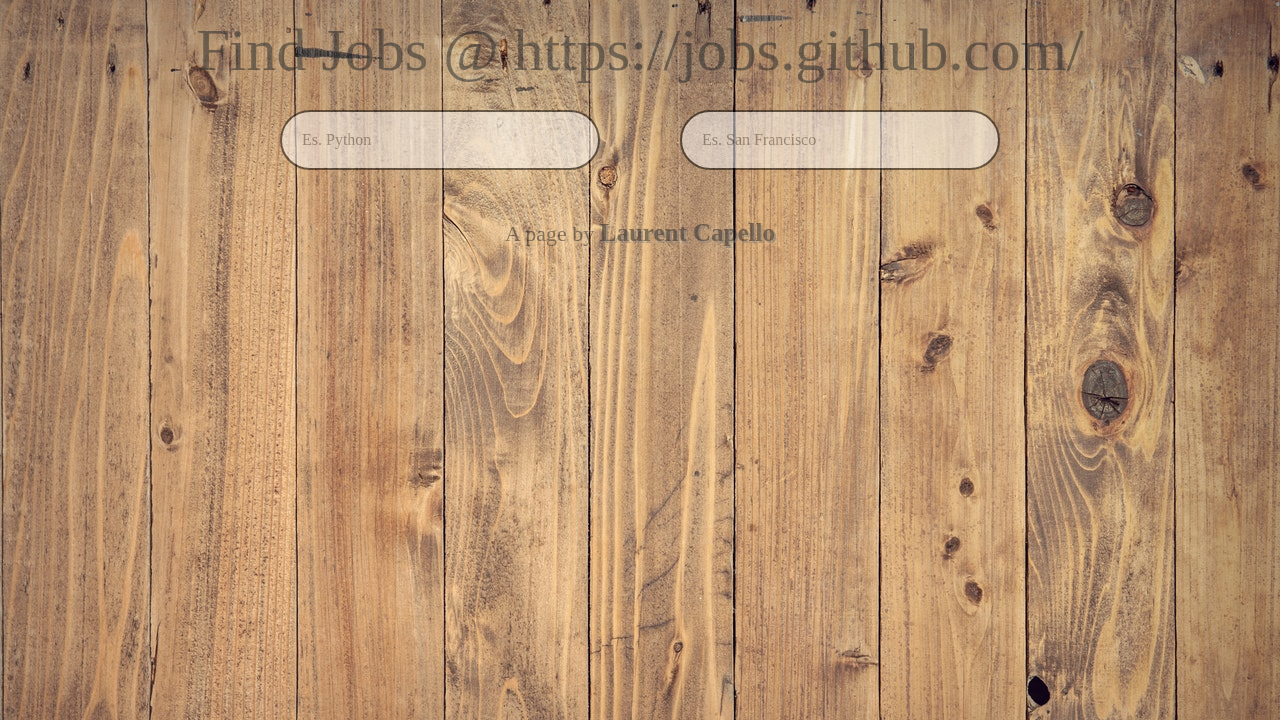
Repository: sokafootball/job-finder
Page: /
The author's editor kept a copy of each file at every save. The page is drawn from the files as they stood at one save, then again after the next save.
The browser window is 1280 px wide. The pictures show the whole page.
The page's requests for data from a server got no answer. The project was rebuilt for these pictures with package versions that can differ from the ones it lists, and the page was loaded fresh each time. No one was signed in, and anything a server would have sent is missing. Also part of the build but not shown: src/components/JobCard/JobCard.css, src/components/JobCard/JobCard.js.

Above is the page before, as saved 2020-10-22 17:25:07.

### src/index.js
import 'bootstrap/dist/css/bootstrap.css';
import React from 'react';
import ReactDOM from 'react-dom';
import './index.css';
import App from './components/App/App';
import * as serviceWorker from './serviceWorker';

ReactDOM.render(
  <React.StrictMode>
    <App />
  </React.StrictMode>,
  document.getElementById('root')
);

// If you want your app to work offline and load faster, you can change
// unregister() to register() below. Note this comes with some pitfalls.
// Learn more about service workers: https://bit.ly/CRA-PWA
serviceWorker.unregister();

### src/index.css
body {
  margin: 0;
  font-family: -apple-system, BlinkMacSystemFont, 'Segoe UI', 'Roboto', 'Oxygen',
    'Ubuntu', 'Cantarell', 'Fira Sans', 'Droid Sans', 'Helvetica Neue',
    sans-serif;
  -webkit-font-smoothing: antialiased;
  -moz-osx-font-smoothing: grayscale;
}

code {
  font-family: source-code-pro, Menlo, Monaco, Consolas, 'Courier New',
    monospace;
}

/* http://meyerweb.com/eric/tools/css/reset/
   v2.0 | 20110126
   License: none (public domain)
*/

html, body, div, span, applet, object, iframe,
h1, h2, h3, h4, h5, h6, p, blockquote, pre,
a, abbr, acronym, address, big, cite, code,
del, dfn, em, img, ins, kbd, q, s, samp,
small, strike, strong, sub, sup, tt, var,
b, u, i, center,
dl, dt, dd, ol, ul, li,
fieldset, form, label, legend,
table, caption, tbody, tfoot, thead, tr, th, td,
article, aside, canvas, details, embed,
figure, figcaption, footer, header, hgroup,
menu, nav, output, ruby, section, summary,
time, mark, audio, video {
	margin: 0;
	padding: 0;
	border: 0;
	font-size: 100%;
	font: inherit;
	vertical-align: baseline;
}
/* HTML5 display-role reset for older browsers */
article, aside, details, figcaption, figure,
footer, header, hgroup, menu, nav, section {
	display: block;
}
body {
	line-height: 1;
}
ol, ul {
	list-style: none;
}
blockquote, q {
	quotes: none;
}
blockquote:before, blockquote:after,
q:before, q:after {
	content: '';
	content: none;
}
table {
	border-collapse: collapse;
	border-spacing: 0;
}

### src/components/App/App.js
import React from 'react';
import './App.css';
import Footer from "../Footer/Footer"
import Header from "../Header/Header"
import MainContent from "../MainContent/MainContent"

function App() {
  return (
    <div id="main-div">
      <Header />
      <MainContent />
      <Footer />
    </div>
  );
}

export default App;

### src/components/App/App.css
body{
  background-image: url("../../background.jpg");
  opacity: 0.5;
}

.App {
  text-align: center;
}

.App-logo {
  height: 40vmin;
  pointer-events: none;
}

@media (prefers-reduced-motion: no-preference) {
  .App-logo {
    animation: App-logo-spin infinite 20s linear;
  }
}

.App-header {
  background-color: #282c34;
  min-height: 100vh;
  display: flex;
  flex-direction: column;
  align-items: center;
  justify-content: center;
  font-size: calc(10px + 2vmin);
  color: white;
}

.App-link {
  color: #61dafb;
}

@keyframes App-logo-spin {
  from {
    transform: rotate(0deg);
  }
  to {
    transform: rotate(360deg);
  }
}

#main-div{
  align-items: center;
  display: flex;
  flex-direction: column;
  margin-top: 20px;
}

### src/components/Footer/Footer.js
import React from 'react';
import './Footer.css';

function Footer(){
  return (
    <p id="footer">A page by <span id="signature">Laurent Capello</span></p>
  )
}

export default Footer

### src/components/Header/Header.js
import React from 'react';
import './Header.css';

function Header(){
  return (
      <p id="title">Find Jobs @ https://jobs.github.com/</p>
  )
}

export default Header

### src/components/MainContent/MainContent.js
import React, {useState, useEffect, useCallback} from 'react';
import _ from 'lodash';
import './MainContent.css';
import SearchForm from "../SearchForm/SearchForm"
import JobCard from "../JobCard/JobCard"

function MainContent(){
  const[jobCards, setJobCards] = useState([])
  const[data, setData] = useState([])
  const[userInput, setUserInput] = useState({
    description: "",
    location: "",
    fullTime: true
  })

  const handleFormChange = e => {
    const {name, value, type, checked} = e.target
    type === "checkbox"
      ? setUserInput({...userInput, [name]: checked})
      : setUserInput({...userInput,[name]: value})
  }

  const buildUrl = () => {
    let url = "https://jobs.github.com/positions.json?"
    url += userInput.description ? `&description=${userInput.description}` : ""
    url += userInput.location ? `&location=${userInput.location}` : ""
    url += userInput.fullTime ? `&full_time=${userInput.fullTime}` : ""
    return url
    }

  const getData = url => {
    fetch(url)
    .then(response => response.json())
    .then(data => setData(data))
  }

  const debouncedGetData = useCallback(_.debounce(getData, 1500,{leading: true}),[])

  useEffect(() => {
    const url = buildUrl()
    debouncedGetData(url)
  // eslint-disable-next-line react-hooks/exhaustive-deps
  }, [userInput])

  useEffect(() => {
    let cards = []
    if(data.length !== 0) {
      cards = data.map(job => {
        return <JobCard
          key={job.id}
          date={job.created_at}
          logo={job.company_logo}
          company={job.company}
          location={job.location}
          type={job.type}
          title={job.title}
          url={job.url}
          description={job.description}
        />
     })
    }
    setJobCards(cards)
  // eslint-disable-next-line react-hooks/exhaustive-deps
  }, [data])

    return (
      <div id="main">
        <SearchForm
          handleFormChange={handleFormChange}
          userInput={userInput}
        />
        {jobCards}
      </div>
    )
}

export default MainContent

### src/components/Footer/Footer.css
#footer{
  font-size: 22px;
  margin: 20px 0px 30px 0px;
}

#signature{
  text-shadow: grey 2px 2px;
  font-size: 25px;
  font-weight: 800;
}

### src/components/Header/Header.css
#title{
  font-size: 60px;
}

### src/components/MainContent/MainContent.css
#main{
  align-items: center;
  display: flex;
  flex-direction: column;
  justify-content: space-between;
}

### src/components/SearchForm/SearchForm.js
import React from 'react';
import './SearchForm.css';

function SearchForm(props){
  return (
    <div id="form-container">
        <input
          className="input-text"
          name="description"
          type="text"
          onChange={e => props.handleFormChange(e)}
          placeholder="Es. Python"
          value={props.userInput.description}
        />
        <input
          className="input-text"
          name="location"
          type="text"
          onChange={e => props.handleFormChange(e)}
          placeholder="Es. San Francisco"
          value={props.userInput.location}
        />
    </div>
  )
}

export default SearchForm

### src/components/SearchForm/SearchForm.css
input{
  cursor: pointer;
}

.input-text {
  border: 2px solid black;
  border-radius: 30px;
  height: 60px;
  outline: none;
  padding: 0px 20px;
  width: 40%;
}

#form-container{
  display: flex;
  justify-content: space-around;
  margin: 30px;
  width: 800px;
}

Loaded but not shown: public/index.html (common file); src/serviceWorker.js (common file)

After the next save:
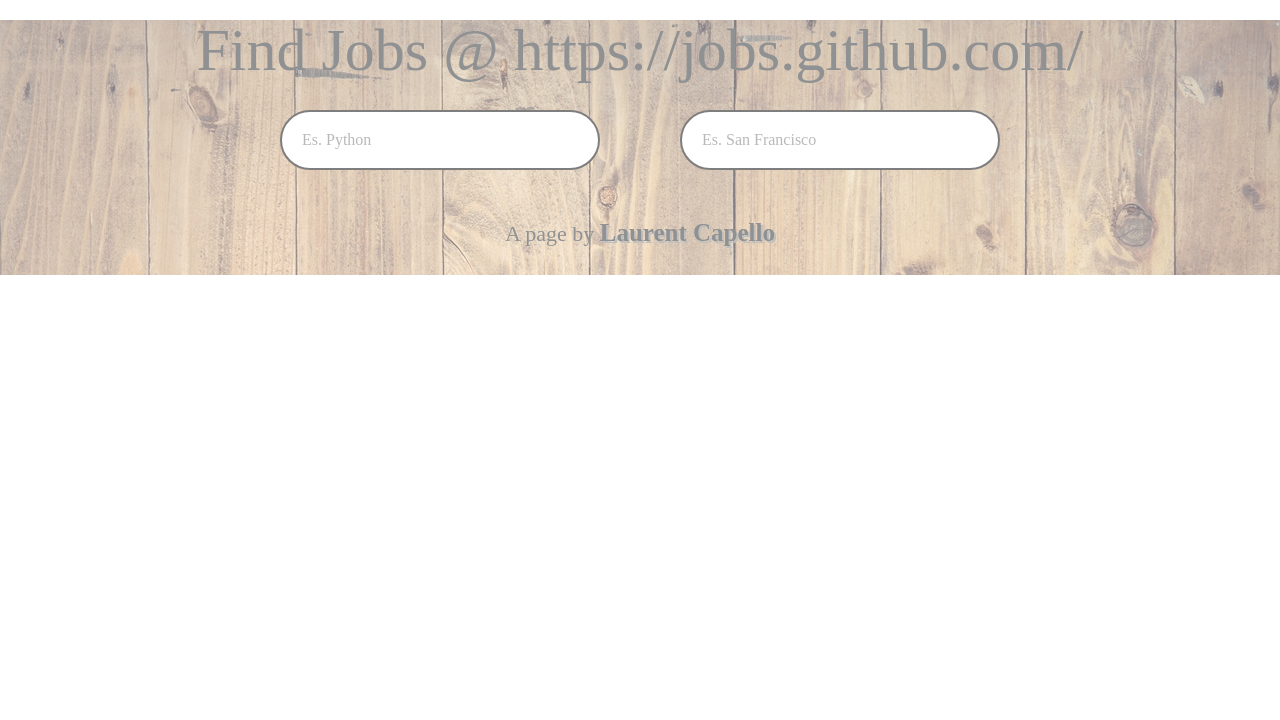
Saved 29 s later.
--- a/src/components/App/App.css
+++ b/src/components/App/App.css
@@ -1,6 +1,5 @@
 body{
-  background-image: url("../../background.jpg");
-  opacity: 0.5;
+
 }
 
 .App {
@@ -43,6 +42,8 @@
 }
 
 #main-div{
+  background-image: url("../../background.jpg");
+  opacity: 0.5;
   align-items: center;
   display: flex;
   flex-direction: column;
